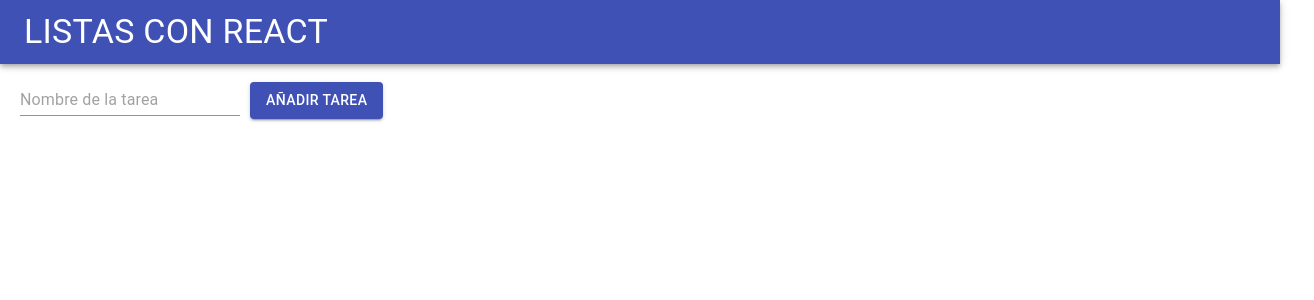
Repository: Salvaaragon/ItemListReact
Page: /
The author's editor kept a copy of each file at every save. The page is drawn from the files as they stood at one save, then again after the next save.
The browser window is 1280 px wide. The page is 1314 px wide, so the pictures cover 1314 px, including what lies to the right of the window. The pictures show the whole page.
The project was rebuilt for these pictures with package versions that can differ from the ones it lists, and the page was loaded fresh each time. Also part of the build but not shown: src/components/TasksListItem.tsx.

Above is the page before, as saved 2019-08-04 11:44:56.

After the next save:
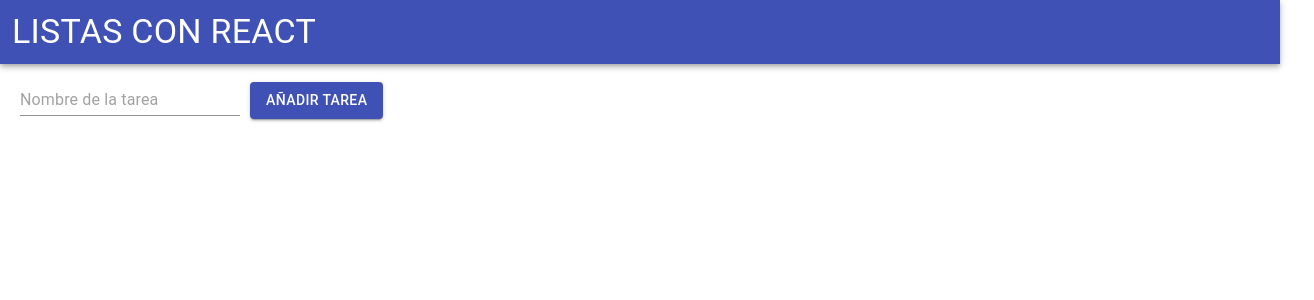
Saved 22 s later.
--- a/src/App.tsx
+++ b/src/App.tsx
@@ -58,7 +58,7 @@
 				<AppBar position="static" color="primary">
 					<Toolbar>
 						<Typography variant="h4" color="inherit">
-							<Grid>LISTAS CON REACT</Grid>
+							<Grid container spacing={3}>LISTAS CON REACT</Grid>
 						</Typography>
 					</Toolbar>
 				</AppBar>

After the 5 saves that followed:
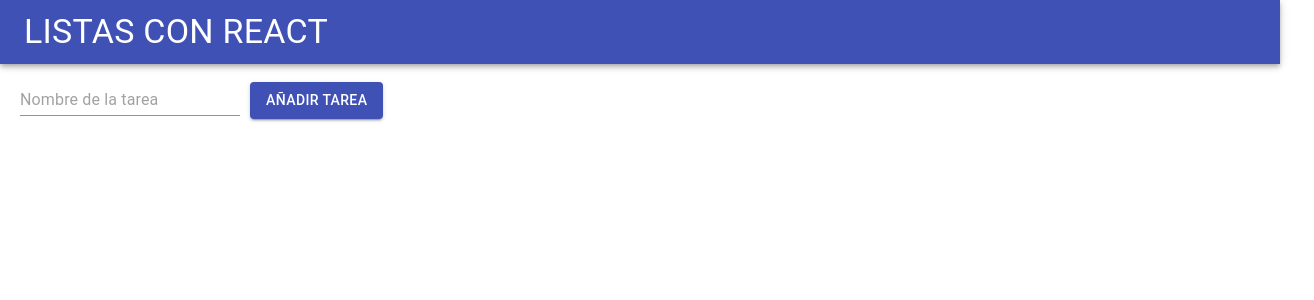
The 5 saves are shown as one change because 4 left the picture as it was.
The last was saved 113 s later.
--- a/src/App.tsx
+++ b/src/App.tsx
@@ -5,7 +5,6 @@
 import AppBar from '@material-ui/core/AppBar';
 import Toolbar from '@material-ui/core/Toolbar';
 import Typography from '@material-ui/core/Typography';
-import Grid from '@material-ui/core/Grid';
 
 interface State {
 	newTask: Task;
@@ -58,7 +57,7 @@
 				<AppBar position="static" color="primary">
 					<Toolbar>
 						<Typography variant="h4" color="inherit">
-							<Grid container spacing={3}>LISTAS CON REACT</Grid>
+							LISTAS CON REACT
 						</Typography>
 					</Toolbar>
 				</AppBar>
